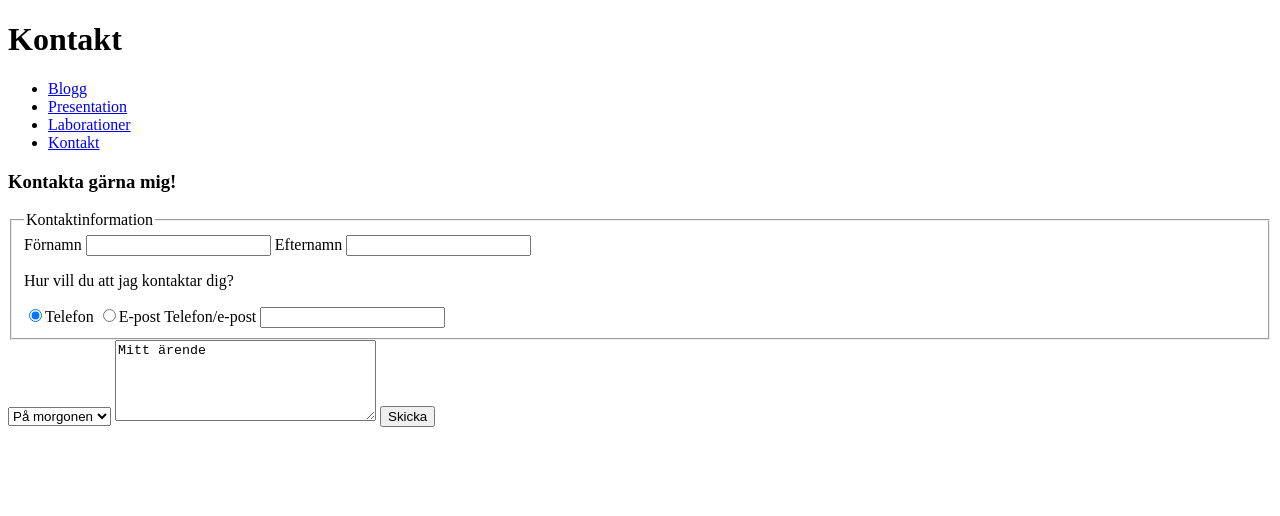
Repository: js223kz/1ik415-laborationer
Page: Pages/contact.html
The author's editor kept a record of every edit. The page is drawn from the files as they stood at one moment, then again after the next edit.
The browser window is 1280 px wide. The pictures show the whole page.

Above is the page before.

After the next edit:
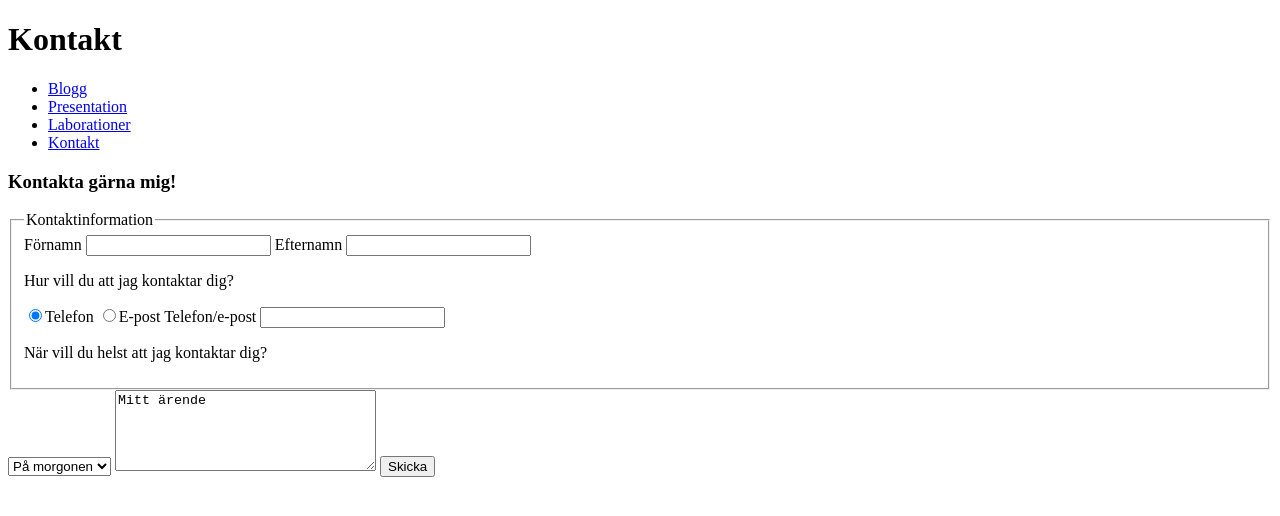
The edit:
--- a/Pages/contact.html
+++ b/Pages/contact.html
@@ -40,6 +40,8 @@
 
                     <label for="contactinfo">Telefon/e-post</label>
                     <input type="text" id="contactinfo" name="contactinfo"/>
+
+                    <p>När vill du helst att jag kontaktar dig?</p>
                 </fieldset>
 
 
